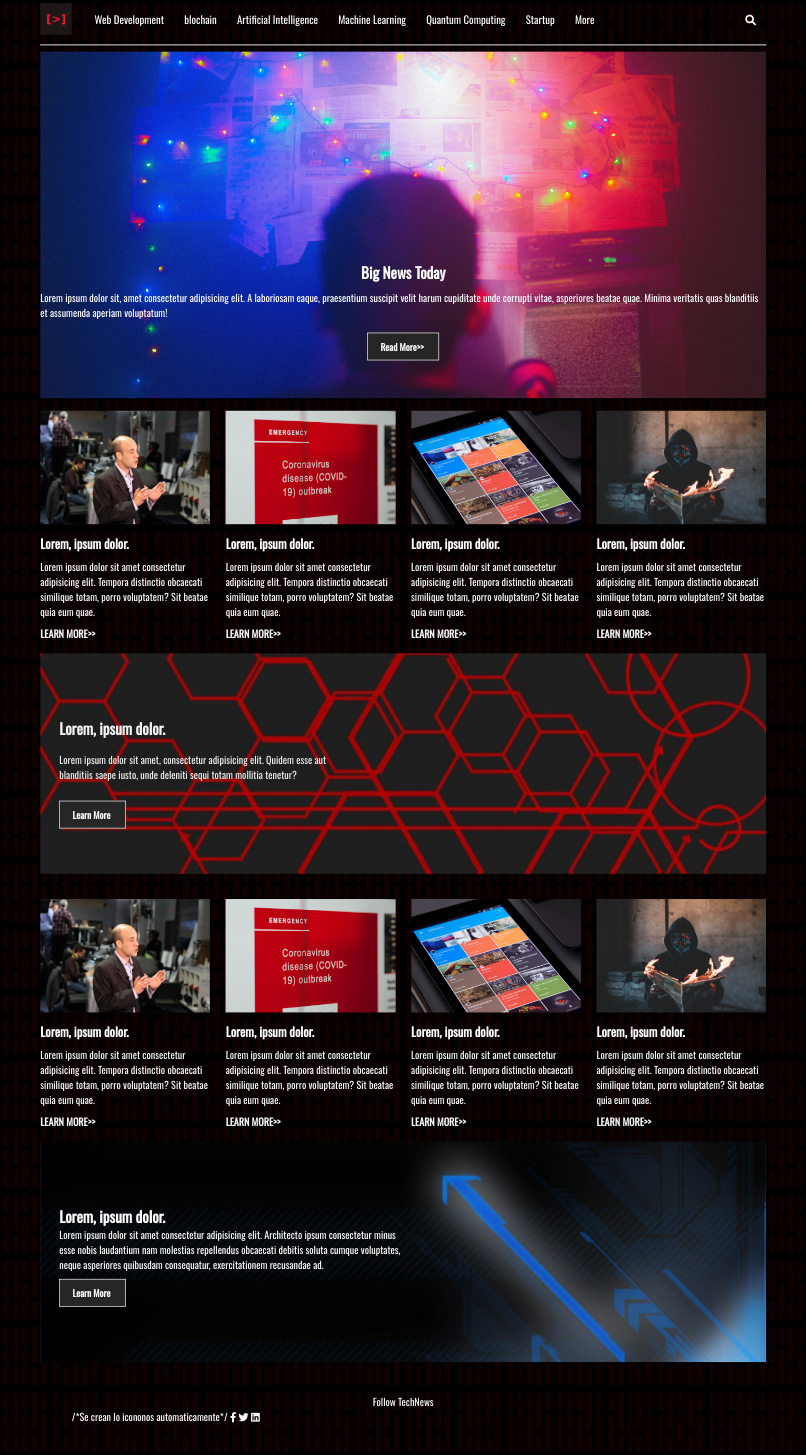
Repository: NickArregoces/News_Web
Page: index.html
The author's editor kept a copy of each file at every save. The page is drawn from the files as they stood at one save, then again after a run of saves.
The browser window is 1280 px wide. The pictures show the whole page, at 63% of full size.

Above is the page before, as saved 2021-12-24 20:08:31.

### index.html
<!DOCTYPE html>
<html lang="en">
<head>
    <meta charset="UTF-8">
    <meta http-equiv="X-UA-Compatible" content="IE=edge">
    <meta name="viewport" content="width=device-width, initial-scale=1.0">
    <title>TechNews</title>
    <!--FONT AWESOME-->
    <link rel="stylesheet" href="https://cdnjs.cloudflare.com/ajax/libs/font-awesome/6.0.0-beta3/css/all.min.css">

    <link rel="stylesheet" href="style.Css">
    <!--Oswald FONTS-->
    <link rel="preconnect" href="https://fonts.googleapis.com">
<link rel="preconnect" href="https://fonts.gstatic.com" crossorigin>
<link href="https://fonts.googleapis.com/css2?family=Oswald:wght@200;300;400&display=swap" rel="stylesheet">
</head>
<body>

    <div class="container">

        <nav class ="nav-main">
            <img src="img/brand.png" alt="" class="nav-brand">

            <ul class="nav-menu">
                <li>
                    <a href="#">Web Development</a>
                </li>
                <li>
                    <a href="#">blochain</a>
                </li>
                <li>
                    <a href="#">Artificial Intelligence</a>
                </li>
                <li>
                    <a href="#">Machine Learning</a>
                </li>
                <li>
                    <a href="#">Quantum Computing</a>
                </li>
                <li>
                    <a href="#">Startup</a>
                </li>
                <li>
                    <a href="#">More</a>
                </li>
            </ul>
            <ul class="nav-menu-right">
                <li>
                    <a href="">
                        <i class="fas fa-search"></i>
                    </a>
                </li>
            </ul>
        </nav>
        <hr> <!--Crea una linea -->


        <!--Showcase=Imagen pricnipal-->
        <header class="showcase">
            <h2>Big News Today</h2>
            <p>Lorem ipsum dolor sit, amet consectetur adipisicing elit. A laboriosam eaque, praesentium suscipit velit harum cupiditate unde corrupti vitae, asperiores beatae quae. Minima veritatis quas blanditiis et assumenda aperiam voluptatum!</p>
        <!--lorem30 te crea 30 palabras-->
            <a class="btn" href="#">Read More>> <i class="fas fa-angles-double-right"></i></a>
        </header>

        <!--NEWS CARDS(COLUMNAS)-->
        <div class="news-cards">
            <div class="">
                <img src="img/news1.jpg" alt="News 1">
                <h3>Lorem, ipsum dolor.</h3>
                <p>Lorem ipsum dolor sit amet consectetur adipisicing elit. Tempora distinctio obcaecati similique totam, porro voluptatem? Sit beatae quia eum quae.</p>
                <a href="">Learn More>><i class="fas fa-amgle-dpuble-right"></i></a>
            </div>
            <div class="">
                <img src="img/news2.jpg" alt="News 2">
                <h3>Lorem, ipsum dolor.</h3>
                <p>Lorem ipsum dolor sit amet consectetur adipisicing elit. Tempora distinctio obcaecati similique totam, porro voluptatem? Sit beatae quia eum quae.</p>
                <a href="">Learn More>><i class fas fa-amgle-dpuble-right></i></a>
            </div>
            <div class="">
                <img src="img/news3.jpg" alt="News 3">
                <h3>Lorem, ipsum dolor.</h3>
                <p>Lorem ipsum dolor sit amet consectetur adipisicing elit. Tempora distinctio obcaecati similique totam, porro voluptatem? Sit beatae quia eum quae.</p>
                <a href="">Learn More>><i class="fas fa-amgle-dpuble-right" ></i></a>
            </div>
            <div class="">
                <img src="img/news4.jpg" alt="News 4">
                <h3>Lorem, ipsum dolor.</h3>
                <p>Lorem ipsum dolor sit amet consectetur adipisicing elit. Tempora distinctio obcaecati similique totam, porro voluptatem? Sit beatae quia eum quae.</p>
                <a href="">Learn More>><i class="fas fa-amgle-dpuble-right"></i></a>
            </div>
        </div>

        <div>

            <section class="cards-banner-one">
                <div class="content">
                    <h2>Lorem, ipsum dolor.</h2>
                    <p>Lorem ipsum dolor sit amet, consectetur adipisicing elit. Quidem esse aut blanditiis saepe iusto, unde deleniti sequi totam mollitia tenetur?</p>
                    <a href="#" class="btn">Learn More <i class="fas fa-amgle-dpuble-right"></i></a>
                </div>

            </section>

            <!--NEWS CARDS(COLUMNAS)-->
        <div class="news-cards">
            <div class="">
                <img src="img/news1.jpg" alt="News 1">
                <h3>Lorem, ipsum dolor.</h3>
                <p>Lorem ipsum dolor sit amet consectetur adipisicing elit. Tempora distinctio obcaecati similique totam, porro voluptatem? Sit beatae quia eum quae.</p>
                <a href="">Learn More>><i class="fas fa-amgle-dpuble-right"></i></a>
            </div>
            <div class="">
                <img src="img/news2.jpg" alt="News 2">
                <h3>Lorem, ipsum dolor.</h3>
                <p>Lorem ipsum dolor sit amet consectetur adipisicing elit. Tempora distinctio obcaecati similique totam, porro voluptatem? Sit beatae quia eum quae.</p>
                <a href="">Learn More>><i class fas fa-amgle-dpuble-right></i></a>
            </div>
            <div class="">
                <img src="img/news3.jpg" alt="News 3">
                <h3>Lorem, ipsum dolor.</h3>
                <p>Lorem ipsum dolor sit amet consectetur adipisicing elit. Tempora distinctio obcaecati similique totam, porro voluptatem? Sit beatae quia eum quae.</p>
                <a href="">Learn More>><i class="fas fa-amgle-dpuble-right" ></i></a>
            </div>
            <div class="">
                <img src="img/news4.jpg" alt="News 4">
                <h3>Lorem, ipsum dolor.</h3>
                <p>Lorem ipsum dolor sit amet consectetur adipisicing elit. Tempora distinctio obcaecati similique totam, porro voluptatem? Sit beatae quia eum quae.</p>
                <a href="">Learn More>><i class="fas fa-amgle-dpuble-right"></i></a>
            </div>
        </div>

        <section class="cards-banner-two">
            <div class="content">
                <h2>Lorem, ipsum dolor.</h2>
                <p>Lorem ipsum dolor sit amet consectetur adipisicing elit. Architecto ipsum consectetur minus esse nobis laudantium nam molestias repellendus obcaecati debitis soluta cumque voluptates, neque asperiores quibusdam consequatur, exercitationem recusandae ad.</p>
                <a href="#" class="btn">Learn More <i class="fas fa-angles-double-right"></i> </a>
            </div>
        </section>

        <section class="social">

                <p> Follow TechNews</p>
                <div class="links">
                    <a href="#">/*Se crean lo icononos automaticamente*/
                        <i class="fab fa-facebook-f"></i>
                    </a>
                <a href="#">
                    <i class="fab fa-twitter"></i>
                </a>
                <a href="#">
                    <i class="fab fa-linkedin"></i>
                </a>

                </div>

        </section>



        </div>

    </div>


</body>
</html>

### style.Css
*{
    box-sizing: border-box;
    margin: 0;
    padding: 0;
}

body{
    background:#000000;
    color:#ffff;
    background-color: #000000;
    background-image: url("data:[embedded picture, 663 characters]");
    color:#1e272e;
    font-size: 16px;
    font-family: 'Oswald', sans-serif;
}

a{
    color: #ffff;
    text-decoration: none;
}

ul{
    list-style: none;
}
.container{
    width: 90%;/*responsive*/
    margin: auto;
    color: #ffff;/*MIO*/
}
/*Navigation*/
.nav-main{
    font-size: 17px;
    display: flex;/*Elememnto al lado de otro*/
    justify-content: space-between;
    align-items: center;
    height: 60px;
    padding: 20px 0px;
}
.nav-brand{
    width: 50px;
}

/*Nav Left*/
.nav-main ul{
    display:flex;
}

.nav-main ul li{
    padding: 10px;
}

.nav-main ul li a{
    padding: 6px;
}

.nav-main ul li a:hover {
    border-bottom: 2px solid #ffffff;
}
.nav-main ul.nav-menu{
    flex:1;
    margin-left: 20px;
}

/*Showcase*/
hr{
    margin:10px 0px;
}
.showcase{
    width: 100%;
    height: 550px;
    /*Arreglar img */
    background: url(/img/showcase2.jpg) no-repeat center center/cover;
    padding-bottom: 50px;
    margin-bottom: 20px;/*Margen interna*/
    display:flex;
    flex-direction: column;
    align-items: center;/*centrar P*/
    justify-content: flex-end; /*p al final*/
}

.btn{
    cursor: pointer;
    display: inline-block;
    border: 0;
    font-weight: bold;
    padding: 10px 20px;
    background: #262626;
    color:#ffffff;
    font-size: 15px;
    border: 1px solid #ffff;
    margin:10px 0px;
}

.btn:hover{
    opacity: 0.7;
}

.showcase h2,
.showcase p{
    margin-bottom: 10px;
}

/*News CARS*/
.news-cards{
    display: grid;
    grid-template-columns: 1fr 1fr 1fr 1fr;/*4 columnas*/
    gap: 25px;/*espaciado card*/
    margin: 10px 0;
}

.news-cards img{
    width:100%;
    height:  180px;
}

.news-cards h3{
    font-size: 20px;
    margin:  10px 0;

}

.news-cards a{
    padding: 10px 0;
    color: #f2f2f2;
    text-transform: uppercase;
    display: inline-block;
    font-weight: bold;
}

.news-cards a:hover{
    text-decoration: underline; /*Line debajo*/
}

/*Cards-banner-one*/

.cards-banner-one {
    width: 100%;
    height: 350px;
    background: url(./img/tech-red.jpg) no-repeat center/cover;;
    margin-bottom: 40px;
}
.cards-banner-one .content{
    width: 40%;
    padding: 90px 0 0 30px;
    color: #f2f2f2;
}

.cards-banner-one p,
.cards-banner-one h2{
    margin: 10px 0 20px 0;
}

/*CARDS BANNER TWO*/

.cards-banner-two{
    background: url(./img/image-five.jpg) no-repeat center/cover;
    width: 100%;
    height: 350px;
}

.cards-banner-two .content{
    width: 50%;
    padding: 100px 0 0 30px;
}

/*Social*/
.social{
    margin: 50px;
}

.social p{
    text-align: center;

}

After the next 2 saves:
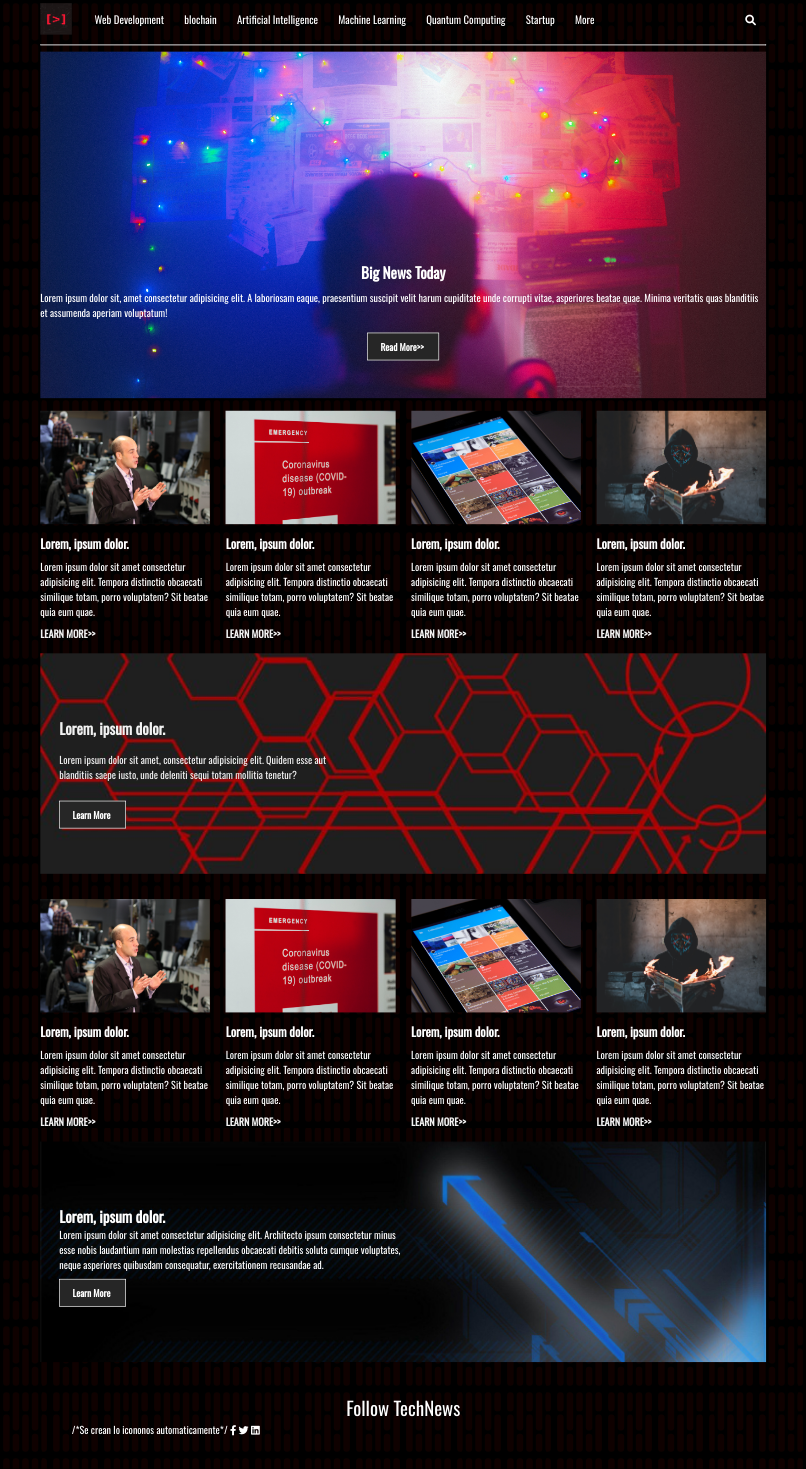
The 2 saves are shown as one change because they came seconds apart.
The last was saved 8 s later.
--- a/style.Css
+++ b/style.Css
@@ -170,5 +170,6 @@ hr{
 
 .social p{
     text-align: center;
-
+    font-size: 30px;
+    a
 }
